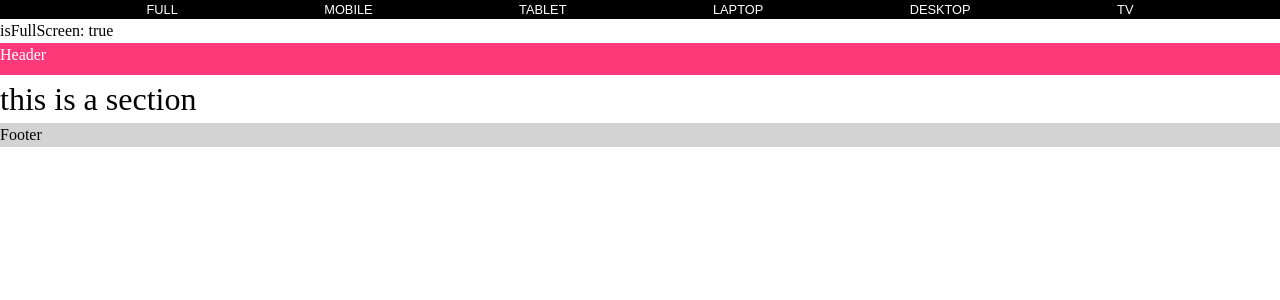
Repository: Terrycoco/coco-playground
Page: /
An editor plug-in stored every save of this project. The page is shown before and after the next save, followed by the edit.
The browser window is 1280 px wide. The pictures show the whole page.
The project was rebuilt for these pictures with package versions that can differ from the ones it lists, and the page was loaded fresh each time. The framework's server and built-in components were replaced by stand-ins that run in the browser. Also part of the build but not shown: next.config.js.

Above is the page before, as saved 2023-03-20 09:58:22.

After the next save:
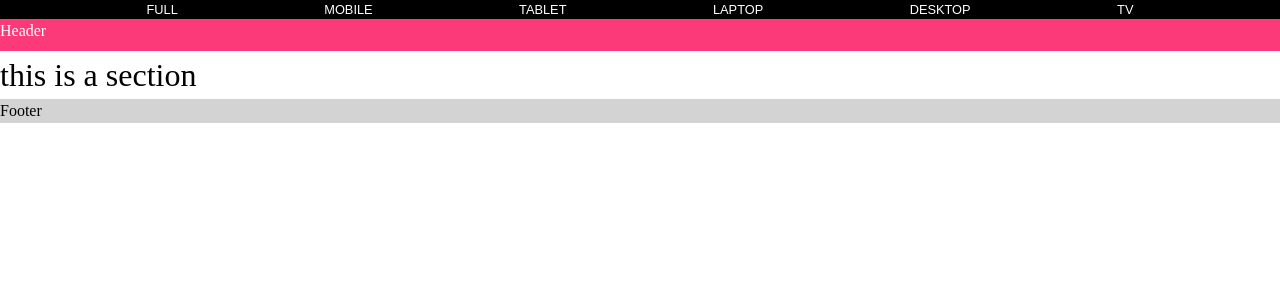
Saved 22 s later.
--- a/src/components/layout/ScreenEmulator.js
+++ b/src/components/layout/ScreenEmulator.js
@@ -39,12 +39,7 @@ const ScreenEmulator = ({ children, ...props }) => {
   };
 
   if (isFullScreen == true) {
-    return (
-      <>
-        {" "}
-        {`isFullScreen: ${isFullScreen}`} {children}
-      </>
-    );
+    return <>{children}</>;
   } else {
     return (
       <div style={getEmulation()}>
